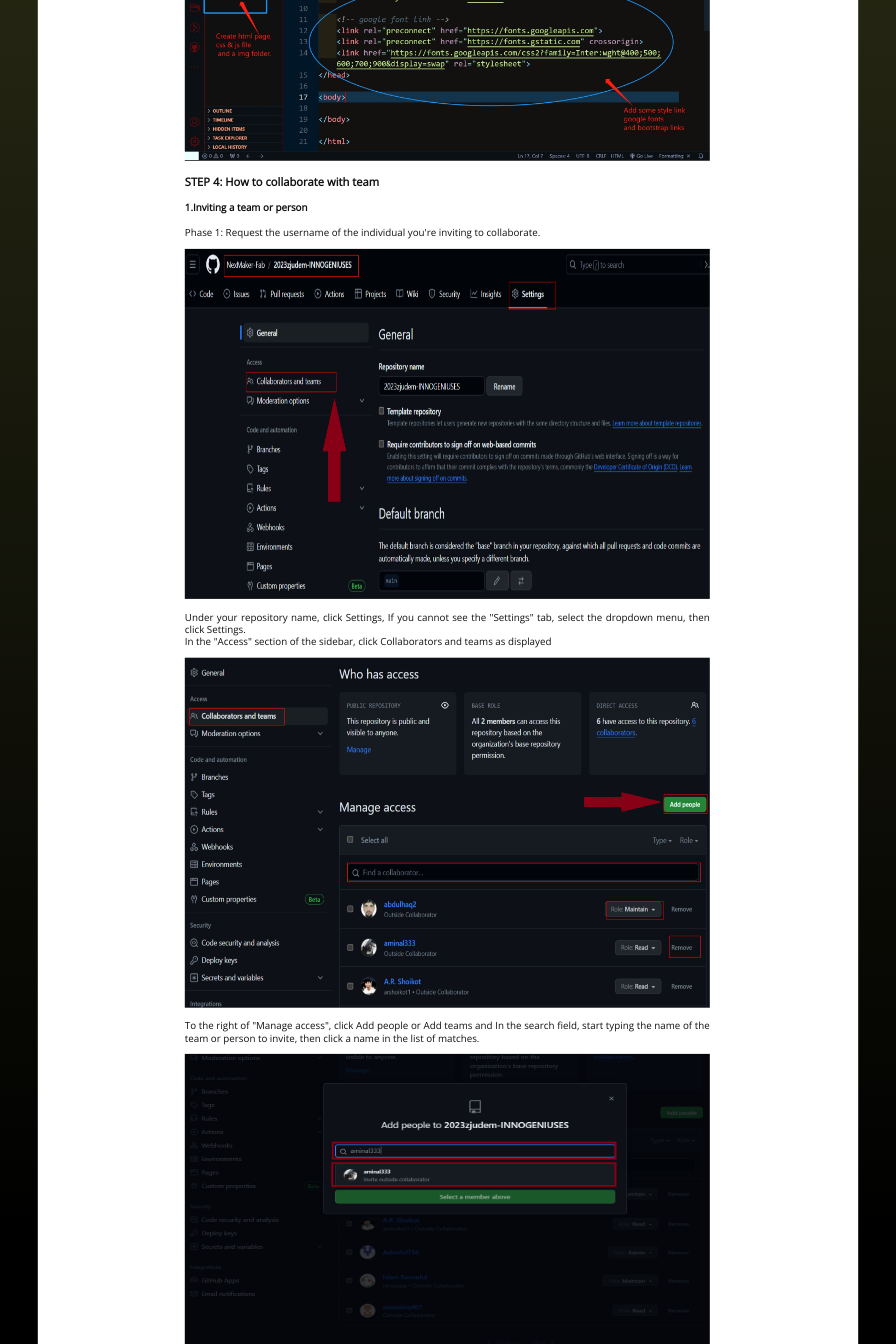
Repository: NexMaker-Fab/2023zjudem-INNOGENIUSES
Page: build web/page1.html
These files come from the project's save history. The page is drawn as it stood at one moment and after the next save; the edit follows.
The browser window is 1280 px wide. The pictures show the part of the page from y = 4392 to 6312 px (the page is 8220 px tall before and 8269 px after), at 70% of full size.

Above is the page before, as saved 2023-11-27 00:38:00.

After the next save:
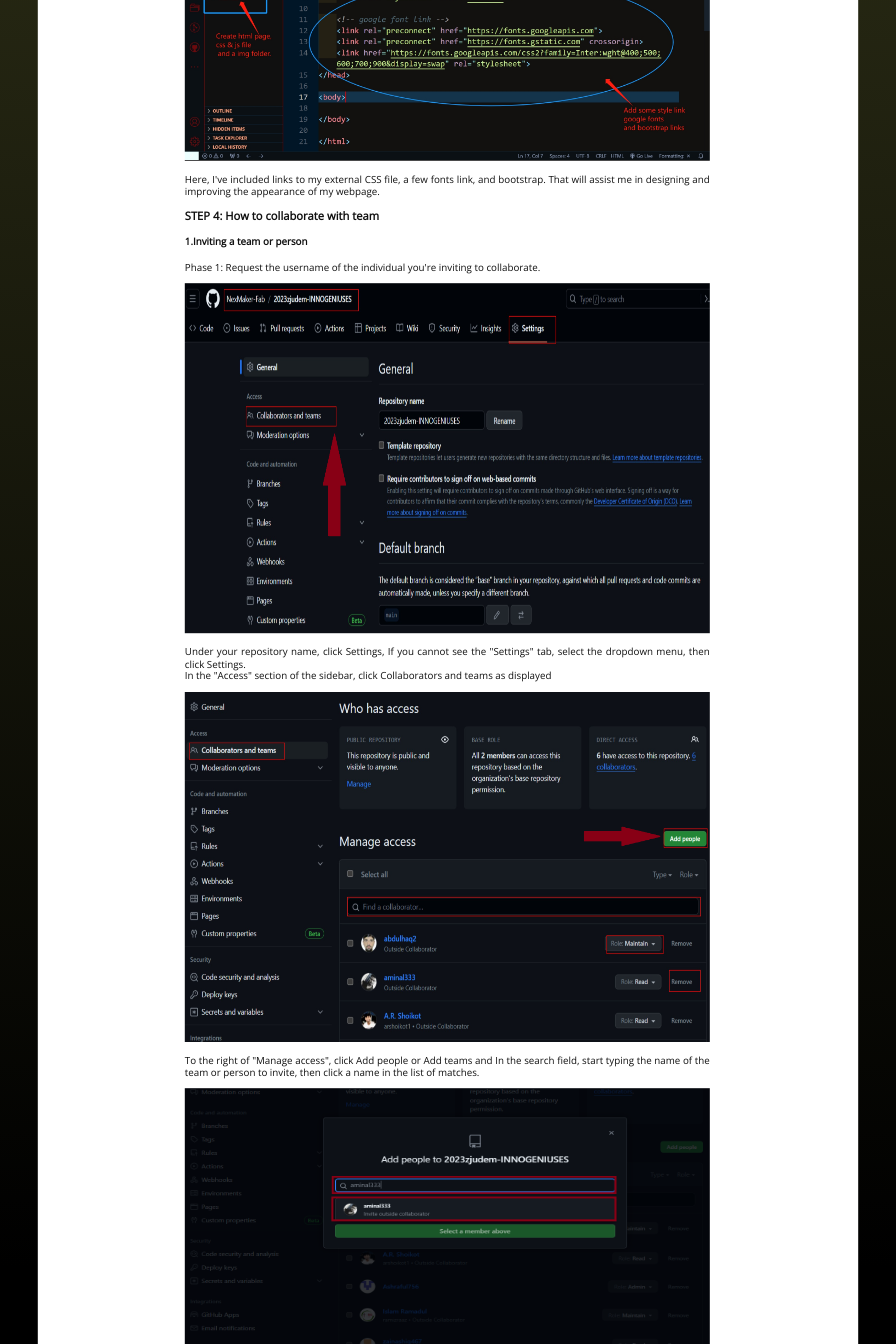
Saved 4 min 24 s later.
--- a/build web/page1.html
+++ b/build web/page1.html
@@ -110,6 +110,9 @@
                             see all the step in snapshot below:
                         </p>
                         <img src="img/bw1.png" alt="description photo" style="width:100%; height: fit-content;">
+                        <p>
+                            Here, I've included links to my external CSS file, a few fonts link, and bootstrap. That will assist me in designing and improving the appearance of my webpage.
+                        </p>
 
 
 
